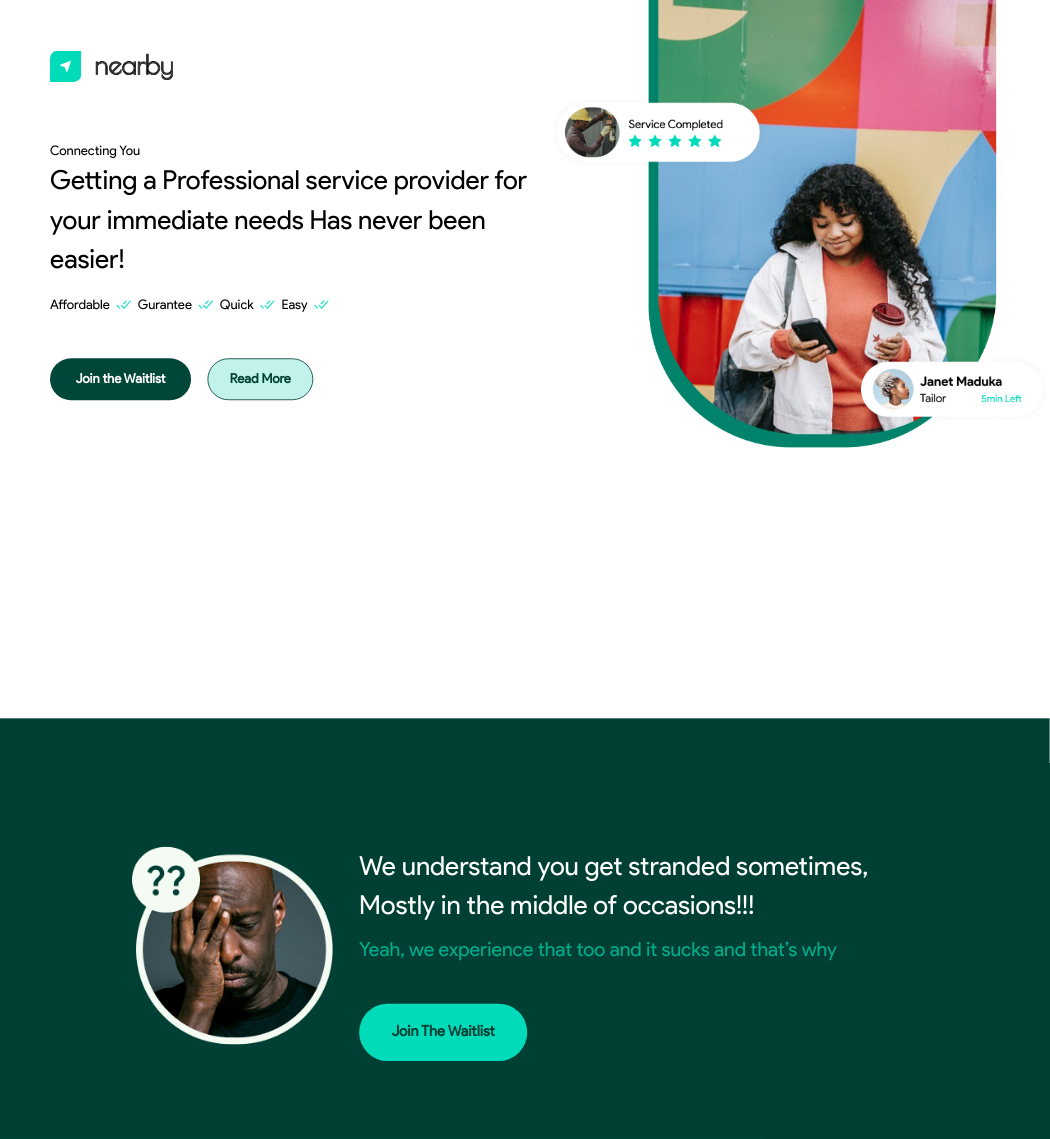
Repository: Eugene44-hub/Mearby
Page: /
The author's editor kept a copy of each file at every save. The page is drawn from the files as they stood at one save, then again after a run of saves.
The browser window is 1280 px wide. The pictures show the whole page, at 82% of full size.
The project was rebuilt for these pictures with package versions that can differ from the ones it lists, and the page was loaded fresh each time.

Above is the page before, as saved 2022-04-30 07:32:53.

### src/App.tsx
import React from 'react';
import Hero from './components/hero/Hero';
import Nav from './components/nav/Nav';
import LandingPage from './pages/landing/LandingPage';

function App() {
  return (
   <>
<Nav/>
<LandingPage/>
</>

);
}

export default App;

### src/components/nav/Nav.tsx
import React from 'react';
import send from '../../assets/images/send.svg';
import nearby from '../../assets/images/nearby logo.svg';
import styles from "./Nav.module.css"
const Nav = () => {
	return (
		<nav className={`md:h-auto h-[96.57px] ${styles.nav} flex`}>
			<header className="m-auto block md:hidden">
				<div className="flex justify-center">
					<img
						src={send}
						className="bg-[#00DCBA] mr-[16.79px] p-3 rounded-tl-[8.91471px] rounded-br-[8.91471px]"
						alt="send"
					/>
					<img src={nearby} alt="send" />
				</div>
			</header>
		</nav>
	);
};

export default Nav;

### src/pages/landing/LandingPage.tsx
import React from 'react'
import Hero from '../../components/hero/Hero';
import Understand from '../../components/understand/Understand';
const LandingPage = () => {
  return (
    <>

    <Hero/>
    <Understand/>
    </>
  )
}

export default LandingPage

### src/components/nav/Nav.module.css
@media screen and (max-width:768px) {
    .nav{
/* display: none; */
/* bg-[#014034] */
background-color:#014034;
}
}

### src/components/hero/Hero.tsx
import React from 'react';
import styles from './Hero.module.css';
import checked from '../../assets/images/checked.png';
import heroImg from '../../assets/images/heroImg.png';
import send from '../../assets/images/send.svg';
import nearby from '../../assets/images/nearbyDark.svg';

const Hero = () => {
	const minorText: string[] = [ 'affordable', 'gurantee', 'quick', 'easy' ];
	return (
		<section className="container md:pl-[61px]">
			<div className={`${styles.container} md:flex justify-between`}>
				<div className={`${styles.heroContainer} mb-[3rem] flex flex-wrap md:w-[50%]`}>
					<div className="md:flex w-[20%] hidden mt-[62px] items-center">
						<img
							src={send}
							className="bg-[#00DCBA] w-[100%] mr-[16.79px] p-3 rounded-tl-[8.91471px] rounded-br-[8.91471px]"
							alt="send"
						/>
						<img src={nearby} alt="send" />
					</div>

					<div className="m-auto">
						<h2 className={` ${styles.connectHead} flex items-end md:h-[95.5px]`}>Connecting You</h2>
						<p className={`text-[2rem] ${styles.connectText}`}>
							Getting a Professional service provider for your immediate needs Has never been easier!
						</p>
					</div>

					<ul className={`${styles.connectList} mt-5 flex justify-between `}>
						{minorText.map((item, index) => (
							<li key={index} className="flex items-center capitalize mr-2">
								{item} <img src={checked} className="w-[18px] ml-2" alt="checked" />
							</li>
						))}
					</ul>

					<div className="w-[100%] md:pt-[53px] md:px-0 p-5">
						<button className="bg-[#004639] font-bold w-[172px] h-[51px] text-white mr-5 rounded-[50px]">
							Join the Waitlist
						</button>
						<button className="bg-[#C1F2EB] font-bold w-[129px] h-[51px] rounded-[50px] text-[#004034] border border-[#004034] capitalize">
							read more
						</button>
					</div>
				</div>
				<div className="md:w-[50%]">
					<img src={heroImg} className={styles.heroImg} alt="" />
				</div>
			</div>
		</section>
	);
};

export default Hero;
// wKcVoY0oBaK0dDUj5
// yX2Q8nskPsN4AjVkAPMBM

### src/components/understand/Understand.tsx
import React from 'react'
import understand from "../../assets/images/understand.png"
import WaitLight from "../../components/Buttons/WaitLight"
const Understand = () => {
  return (
    <div className=''>
 <div className='bg-[#004034] md:px-0 px-5 pt-[9.75rem]  md:pl-[61px] md:pr-[27px] md:flex justify-center  relative mt-[20rem]'>

<img src={understand} className=" absolute block md:hidden translate-x-[-50%] left-[50%] top-[-20%]" alt="understand" />
<div className='md:block hidden mr-[2rem]'>
<img src={understand} className=" w-[100%]"alt="understand" />

</div>

<div className='md:w-[60%] md:mx-0 mx-auto '>
<div>
<p className='text-[2rem] text-white'>
We understand you get stranded sometimes, Mostly in the middle of occasions!!!
</p>
<p className='mt-3 text-[1.5rem] text-[#01AB8B] '>
Yeah, we experience that too and it sucks and that’s why  </p>
</div>

<div className='pt-[3rem] pb-[5.938rem]'>
<WaitLight/>
</div>

</div>



  </div>
    </div>

  )
}

export default Understand

### src/components/hero/Hero.module.css
.container{
height: 812px;
background-image: url(../../assets/images/mobileHero.png);
background-repeat: no-repeat;
background-position: center;
background-size: 133% 100%;
}


.heroImg{
    display: none;
    width: 100%;
}
.heroContainer{
    /* background-color: black; */
    color: white;

}
.connectHead,.connectText,.connectList{
    padding: 20px;

}
@media screen and (min-width:600px) {
    .container{
    background-image:none;
    height: auto;
}
.connectHead{
    background-color: none;
}
.heroImg{
    display: block;
}
.connectHead{
    background-color: none;
}
.heroContainer{
    /* background-color: black; */
    color: black ;
}

}

@media screen and (min-width:768px) {
    .connectHead,.connectText,.connectList{
        padding: 0px;
    }

}


@media screen and (max-width:600px){
.connectHead{
    background-color: #004034;
}

}
/* .minorTxt{
} */
/* linear-gradient(rgba(0, 64, 52, 1), rgba(0, 57, 64, 0)) */
/* linear-gradient(rgba(0, 64, 52, 1),rgba(0, 64, 52, 1)) */

### src/components/Buttons/WaitLight.tsx
import React from 'react'
import styles from "./Button.module.css"

const Wait = () => {
  return (
    <button className={`${styles.light} capitalize`}>Join the waitlist</button>

  )
}

export default Wait

### src/components/Buttons/Button.module.css
    .light {
        background-color: #00DCBA;
        color: #004034;
        width: 205px;
        font-size: 1.125rem;
    }

    .dark {
        background-color: #004639;
        color: #004034;
        font-size: "1rem";
        width: 192px;
    }

    .light,
    .dark {
        height: 70px;
        border-radius: 50px;
        font-weight: bold;
    }

Loaded but not shown: public/index.html (common file); src/index.tsx (common file); src/index.css (common file); tailwind.config.js (common file)

After the next 2 saves:
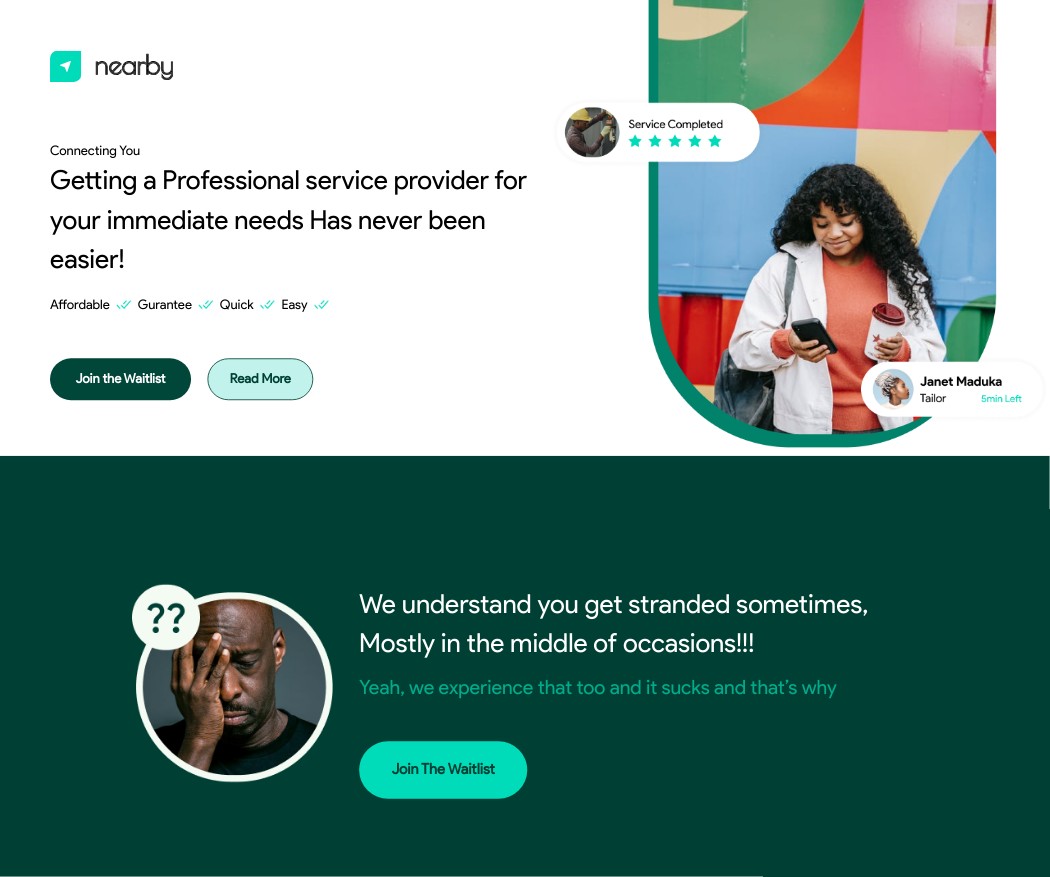
The 2 saves are shown as one change because they came seconds apart.
The last was saved 8 s later.
--- a/src/components/understand/Understand.tsx
+++ b/src/components/understand/Understand.tsx
@@ -4,7 +4,7 @@ import WaitLight from "../../components/Buttons/WaitLight"
 const Understand = () => {
   return (
     <div className=''>
- <div className='bg-[#004034] md:px-0 px-5 pt-[9.75rem]  md:pl-[61px] md:pr-[27px] md:flex justify-center  relative mt-[20rem]'>
+ <div className='container bg-[#004034] md:px-0 px-5 pt-[9.75rem]  md:pl-[61px] md:pr-[27px] md:flex justify-center  relative mt-[20rem]'>
 
 <img src={understand} className=" absolute block md:hidden translate-x-[-50%] left-[50%] top-[-20%]" alt="understand" />
 <div className='md:block hidden mr-[2rem]'>
